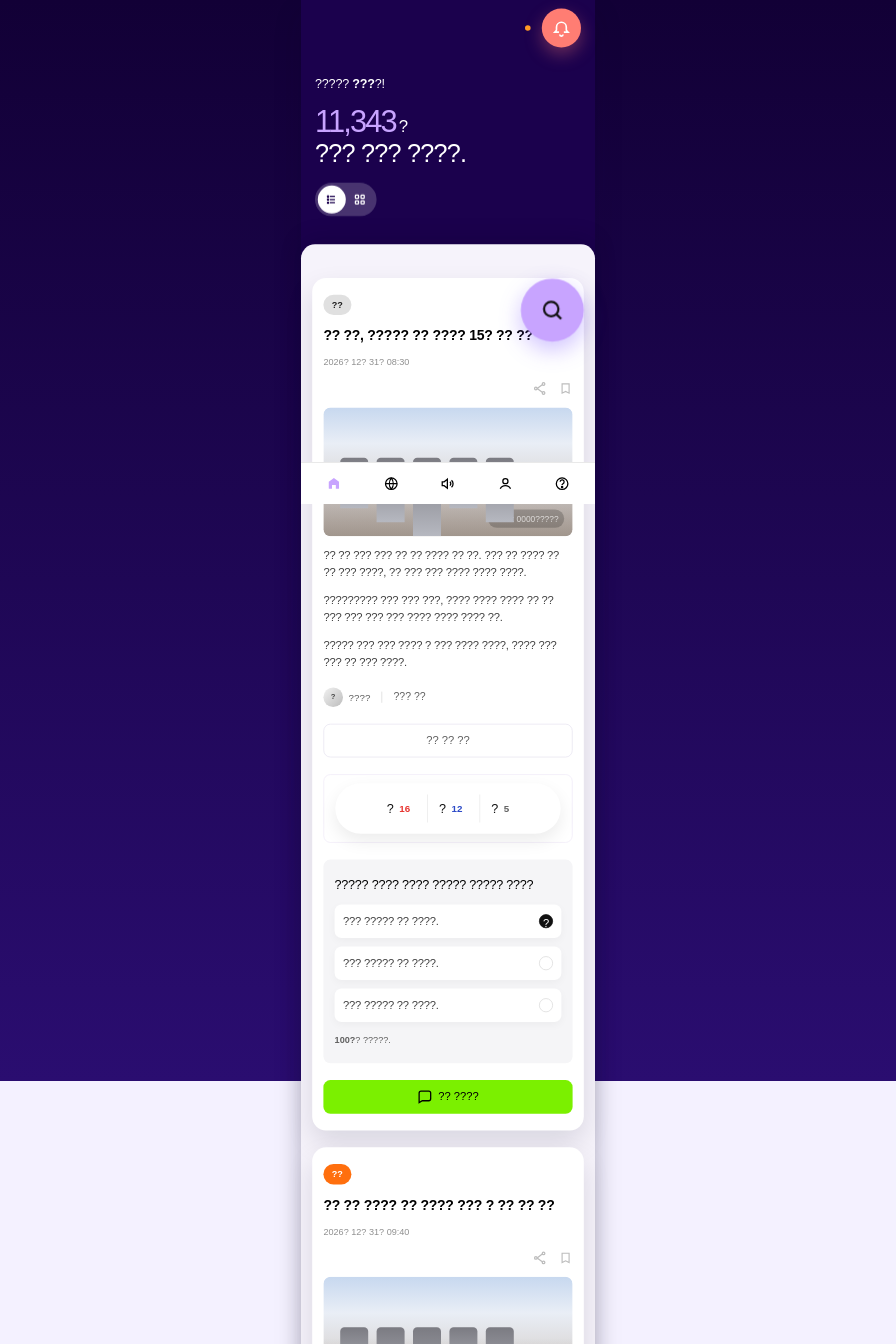
Repository: hanhyochan/NewsRoll
Page: /
The author's editor kept a copy of each file at every save. The page is drawn from the files as they stood at one save, then again after the next save.
The browser window is 1280 px wide. The pictures show the part of the page from y = 0 to 1920 px (the page is 4063 px tall before and 4095 px after), at 70% of full size.
The project was rebuilt for these pictures with package versions that can differ from the ones it lists, and the page was loaded fresh each time. The framework's server and built-in components were replaced by stand-ins that run in the browser. Also part of the build but not shown: next.config.mjs.

Above is the page before, as saved 2026-03-31 17:29:23.

After the next save:
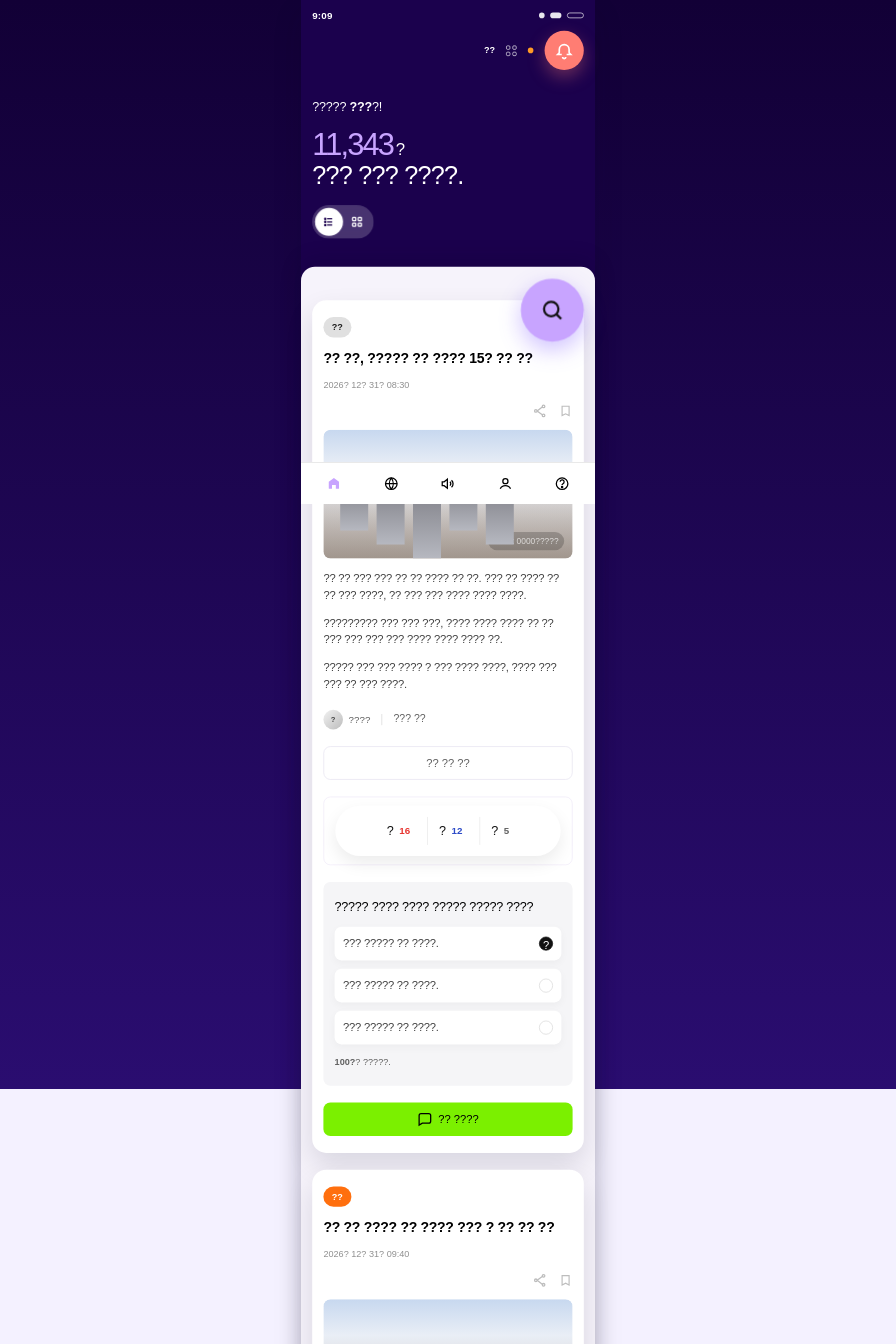
Saved 14 s later.
--- a/src/components/news/news-home-screen.tsx
+++ b/src/components/news/news-home-screen.tsx
@@ -43,8 +43,9 @@ function StatusBar() {
 
 function Header() {
     return (
-        <header className="px-[20px] pb-10 pt-3 text-white">
+        <header className="px-4 pb-10 pt-3 text-white">
             <div className="flex items-center justify-end gap-4">
+                <AppLogo />
                 <span className="h-2 w-2 rounded-full bg-[#FF9B26]" />
                 <button
                     type="button"
@@ -280,6 +281,7 @@ function BottomNav() {
 export function NewsHomeScreen() {
     return (
         <div className="relative min-h-screen bg-[var(--brand-deep)]">
+            <StatusBar />
             <Header />
             <SearchFab />
             <section className="rounded-t-[20px] bg-[#f6f3fb] px-4 pb-6 pt-12 shadow-[0_-8px_30px_rgba(9,2,35,0.18)]">
